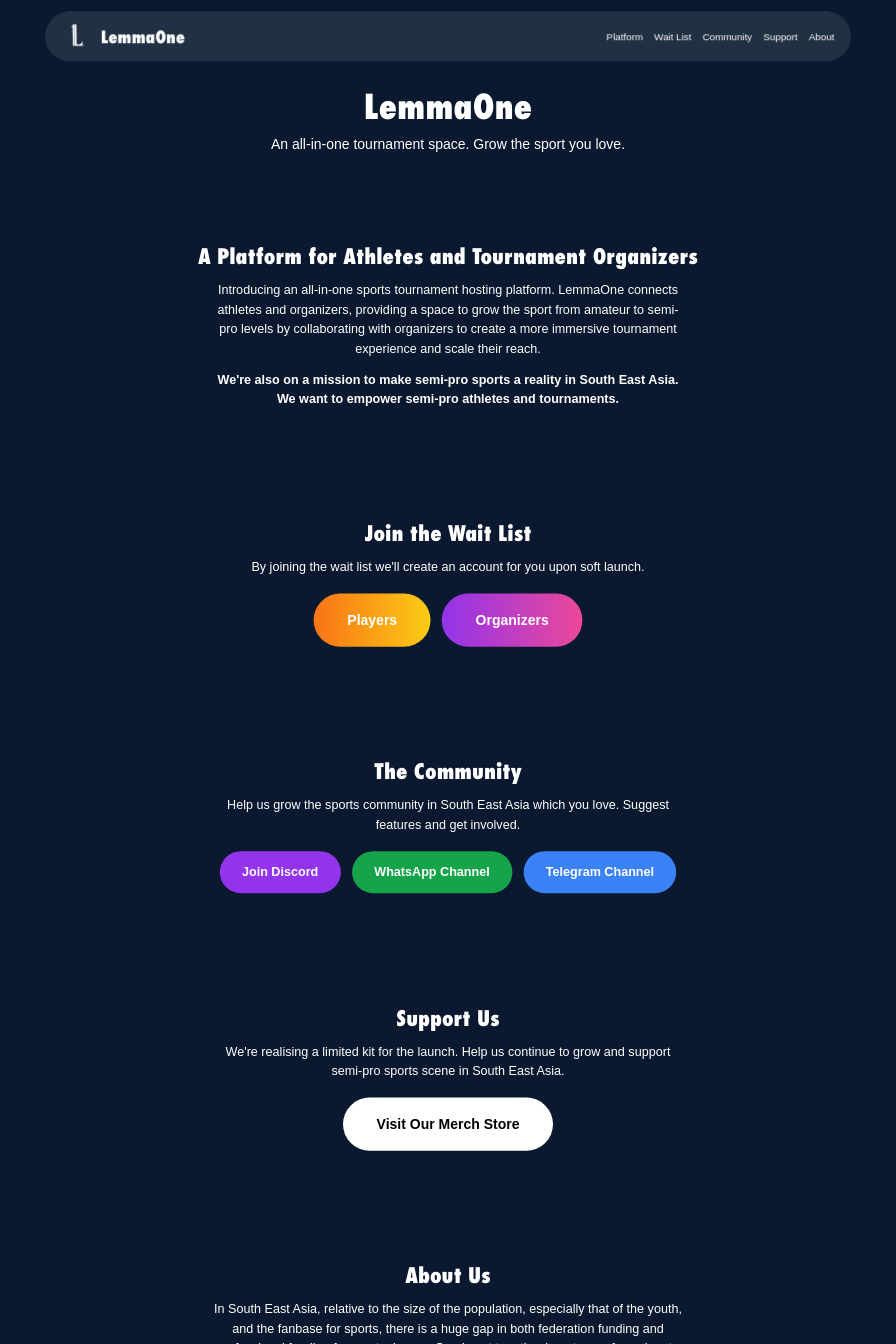
Repository: yao-creative/lemma-one-launch
Page: /
The author's editor kept a copy of each file at every save. The page is drawn from the files as they stood at one save, then again after a run of saves.
The browser window is 1280 px wide. The pictures show the part of the page from y = 0 to 1920 px (the page is 3036 px tall), at 70% of full size.
Some web fonts or font styles are not loaded; a fallback is used. The project was rebuilt for these pictures with package versions that can differ from the ones it lists, and the page was loaded fresh each time. The framework's server and built-in components were replaced by stand-ins that run in the browser. Also part of the build but not shown: next.config.js, next.config.mjs, app/components/WaitListForm.tsx.

Above is the page before, as saved 2024-09-29 11:17:31.

### app/layout.tsx
import type { Metadata } from "next";
import localFont from "next/font/local";
import "./globals.css";

const geistSans = localFont({
  src: "./fonts/GeistVF.woff2",
  variable: "--font-geist-sans",
});

const geistMono = localFont({
  src: "./fonts/GeistMonoVF.woff2",
  variable: "--font-geist-mono",
});

const nikeFont = localFont({
  src: "./fonts/Futura-Condensed-Extra-Bold.otf",
  variable: "--font-nike",
});

export const metadata: Metadata = {
  title: "LemmaOne",
  description: "A space for semi-pro athletes. Growing the sport we love.",
};

export default function RootLayout({
  children,
}: Readonly<{
  children: React.ReactNode;
}>) {
  return (
    <html lang="en">
      <body className={`${geistSans.variable} ${geistMono.variable} ${nikeFont.variable} font-sans`}>
        {children}
      </body>
    </html>
  );
}

### app/page.tsx
'use client';

import { useRef, useState } from 'react';
import Image from 'next/image';
import { signUpWithGoogle, signUpWithFacebook, signUpWithPhone } from './lib/auth';
import { ApplicationVerifier } from 'firebase/auth';
import WaitListForm from './components/WaitListForm';
import FAQSection from './components/FAQSection';
import AboutSection from './components/AboutSection';

export default function Home() {
  const [menuOpen, setMenuOpen] = useState(false);
  const platformRef = useRef<HTMLElement>(null);
  const waitListRef = useRef<HTMLElement>(null);
  const communityRef = useRef<HTMLElement>(null);
  const supportRef = useRef<HTMLElement>(null);
  const aboutRef = useRef<HTMLElement>(null);
  const faqRef = useRef<HTMLElement>(null);

  const scrollToSection = (ref: React.RefObject<HTMLElement>) => {
    ref.current?.scrollIntoView({ behavior: 'smooth' });
    setMenuOpen(false);
  };

  const [openFAQ, setOpenFAQ] = useState<number | null>(null);

  const toggleFAQ = (index: number) => {
    setOpenFAQ(openFAQ === index ? null : index);
  };

  const faqs = [
    {
      question: "Why LemmaOne?",
      answer: "A Lemma is a term in mathematics for an intermediate result or tool to prove a theorem. We are creating LemmaOne to prove that semi-pro sports is possible in South East Asia."
    },
    {
      question: "When are we planning to launch?",
      answer: "We plan on launching end of October or sometime in November with initial features and then add more features as we grow."
    },
    {
      question: "How can I join the wait list?",
      answer: "You can join the wait list by clicking on either the 'Players' or 'Organizers' button in the 'Join the Wait List' section and filling the form. We'll create an account for you upon soft launch."
    },
    {
      question: "What sports do you intend to add?",
      answer: "Currently Badminton, Volleyball, Basketball, Football, and Futsal, but we're open to suggestions"
    },
    {
      question: "What Features do we intend to add?",
      answer: "We're currently building a platform for sports hosting, but would like to grow into an interactive community to help build local tournaments to create a more immersive tournament experience, broaden their reach, and find new monetization methods. This way we can help grow a sustainable semi-pro sports community in South East Asia. "
    },
    {
      question: "Feature Suggestions?",
      answer: "We're always looking for new ideas an feature improvements. Join the Discord to build a community with us."
    },
    {
      question: "Have something to contribute?",
      answer: (
        <div className="flex flex-col items-center">
          <p>We're always looking for passionate web developers, designers, people with ideas, and passionate athletes to grow the community. You can contact us through our email or team member linkedin pages.</p>
          <a href="mailto:yytanwork@gmail.com" className="mt-2">
            <Image src="/icons/email.svg" alt="Email" width={24} height={24} />
          </a>
        </div>
      ),
    }

  ];

  const [showPlayerForm, setShowPlayerForm] = useState(false);
  const [showOrganizerForm, setShowOrganizerForm] = useState(false);
  const [formData, setFormData] = useState({
    name: '',
    sports: [] as string[],
    otherSports: [] as string[], // Changed from otherSport to otherSports
    interestLevel: '',
    features: '',
    interestedFeatures: [] as string[],
  });

  const handleInputChange = (e: React.ChangeEvent<HTMLInputElement | HTMLSelectElement | HTMLTextAreaElement>) => {
    const { name, value, type } = e.target;

    if (type === 'select-multiple') {
      const select = e.target as HTMLSelectElement;
      const selectedOptions = Array.from(select.selectedOptions).map(option => option.value);
      setFormData(prevData => ({
        ...prevData,
        [name]: selectedOptions,
      }));
    } else {
      setFormData(prevData => ({
        ...prevData,
        [name]: value,
      }));
    }
  };


  const toggleForm = (formType: 'player' | 'organizer') => {
    if (formType === 'player') {
      setShowPlayerForm(true);
      setShowOrganizerForm(false);
    } else {
      setShowPlayerForm(false);
      setShowOrganizerForm(true);
    }
    // Don't reset form data when switching between forms
  };

  const handleSubmit = (e: React.FormEvent<HTMLFormElement>) => {
    e.preventDefault();
    // Here you would handle the form submission, including OAuth authentication
    console.log('Form submitted:', formData);
    // Reset form and hide it after submission
    setFormData({ name: '', sports: [], otherSports: [], interestLevel: '', features: '', interestedFeatures: [] });
    setShowPlayerForm(false);
    setShowOrganizerForm(false);
  };

  const handleSignUp = async (method: 'google' | 'facebook' | 'phone') => {
    try {
      let user;
      switch (method) {
        case 'google':
          user = await signUpWithGoogle(formData);
          break;
        case 'facebook':
          user = await signUpWithFacebook(formData);
          break;
        case 'phone':
          // You'll need to implement a way to get the phone number and set up the ApplicationVerifier
          const phoneNumber = '+1234567890'; // Replace with actual phone number input
          const appVerifier = {} as ApplicationVerifier; // Replace with actual ApplicationVerifier
          user = await signUpWithPhone(phoneNumber, appVerifier, formData);
          break;
      }
      console.log('User signed up:', user);
      // Handle successful sign-up (e.g., show a success message, redirect, etc.)
    } catch (error) {
      console.error('Error signing up:', error);
      // Handle sign-up error (e.g., show an error message)
    }
  };

  return (
    <div className="min-h-screen bg-darkBlue text-white relative overflow-hidden">
      {/* Background layer with glass morphism effect */}
      <div className="absolute inset-0 overflow-hidden">
        <div className="glassmorphism-bg"></div>
      </div>

      <nav className="fixed top-0 left-0 right-0 z-50">
        <div className="mx-auto max-w-6xl mt-4 px-6 py-3 bg-white/10 backdrop-blur-md rounded-full flex justify-between items-center">
          <div className="flex items-center space-x-2">
            <Image src="/logo192.png" alt="LemmaOne Logo" width={48} height={40} />
            <h1 className="text-2xl font-bold font-nike">LemmaOne</h1>
          </div>
          <div className="hidden md:flex space-x-4 items-center">
            <button onClick={() => scrollToSection(platformRef)} className="text-sm hover:text-gray-300">Platform</button>
            <button onClick={() => scrollToSection(waitListRef)} className="text-sm hover:text-gray-300">Wait List</button>
            <button onClick={() => scrollToSection(communityRef)} className="text-sm hover:text-gray-300">Community</button>
            <button onClick={() => scrollToSection(supportRef)} className="text-sm hover:text-gray-300">Support</button>
            <button onClick={() => scrollToSection(aboutRef)} className="text-sm hover:text-gray-300">About</button>
          </div>
          <button onClick={() => setMenuOpen(!menuOpen)} className="md:hidden">
            <svg className="w-6 h-6" fill="none" stroke="currentColor" viewBox="0 0 24 24" xmlns="http://www.w3.org/2000/svg">
              <path strokeLinecap="round" strokeLinejoin="round" strokeWidth={2} d="M4 6h16M4 12h16M4 18h16" />
            </svg>
          </button>
        </div>
        {menuOpen && (
          <div className="md:hidden absolute top-full left-0 right-0 bg-black/90 backdrop-blur-md py-4">
            <button onClick={() => scrollToSection(platformRef)} className="block w-full text-left px-6 py-2 hover:bg-white/10">Platform</button>
            <button onClick={() => scrollToSection(waitListRef)} className="block w-full text-left px-6 py-2 hover:bg-white/10">Join Wait List</button>
            <button onClick={() => scrollToSection(communityRef)} className="block w-full text-left px-6 py-2 hover:bg-white/10">Community</button>
            <button onClick={() => scrollToSection(supportRef)} className="block w-full text-left px-6 py-2 hover:bg-white/10">Support</button>
            <button onClick={() => scrollToSection(aboutRef)} className="block w-full text-left px-6 py-2 hover:bg-white/10">About</button>
          </div>
        )}
      </nav>

      <main className="relative z-10 flex min-h-screen flex-col items-center justify-between p-4 md:p-24 space-y-16 md:space-y-24 pt-24 md:pt-32">
        <section className="text-center flex flex-col items-center title-section">
          <h2 className="text-4xl md:text-5xl font-bold font-nike mb-4">LemmaOne</h2>
          <p className="text-lg md:text-xl max-w-2xl">An all-in-one tournament space. Grow the sport you love.</p>
        </section>

        <section ref={platformRef} className="text-center flex flex-col items-center justify-center w-full max-w-4xl section-glass rounded-3xl p-8 my-16">
          <h3 className="text-2xl md:text-3xl font-semibold font-nike mb-4">A Platform for Athletes and Tournament Organizers</h3>
          <p className="text-base md:text-lg max-w-2xl mb-4">
            Introducing an all-in-one sports tournament hosting platform. LemmaOne connects athletes and organizers, providing a space to grow the sport from amateur to semi-pro levels by collaborating with organizers to create a more immersive tournament experience and scale their reach.
          </p>
          <p className="text-base md:text-lg max-w-2xl font-bold">
            We're also on a mission to make semi-pro sports a reality in South East Asia. We want to empower semi-pro athletes and tournaments.
          </p>
        </section>

        <section ref={waitListRef} className="text-center flex flex-col items-center justify-center w-full max-w-4xl section-glass rounded-3xl p-8 my-16">
          <h3 className="text-2xl md:text-3xl font-semibold font-nike mb-4">Join the Wait List</h3>
          <p className="text-base md:text-lg mb-6 max-w-2xl">
            By joining the wait list we'll create an account for you upon soft launch.
          </p>
          <div className="flex flex-col md:flex-row justify-center space-y-4 md:space-y-0 md:space-x-4">
            <button
              onClick={() => toggleForm('player')}
              className={`px-12 py-6 rounded-full text-xl font-semibold text-white transition-all duration-300 animate-pulse-subtle ${
                showPlayerForm ? 'bg-gradient-to-r from-orange-600 to-yellow-500' : 'bg-gradient-to-r from-orange-500 to-yellow-400 hover:from-orange-600 hover:to-yellow-500'
              }`}
            >
              Players
            </button>
            <button
              onClick={() => toggleForm('organizer')}
              className={`px-12 py-6 rounded-full text-xl font-semibold text-white transition-all duration-300 animate-pulse-subtle ${
                showOrganizerForm ? 'bg-gradient-to-r from-purple-700 to-pink-600' : 'bg-gradient-to-r from-purple-600 to-pink-500 hover:from-purple-700 hover:to-pink-600'
              }`}
            >
              Organizers
            </button>
          </div>

          {(showPlayerForm || showOrganizerForm) && (
            <WaitListForm
              formData={formData}
              setFormData={setFormData}
              handleInputChange={handleInputChange}
              handleSubmit={handleSubmit}
              handleSignUp={handleSignUp}
              showPlayerForm={showPlayerForm}
            />
          )}
        </section>

        <section ref={communityRef} className="text-center flex flex-col items-center justify-center w-full max-w-4xl section-glass rounded-3xl p-8 my-16">
          <h3 className="text-2xl md:text-3xl font-semibold font-nike mb-4">The Community</h3>
          <p className="text-base md:text-lg mb-6 max-w-2xl">
            Help us grow the sports community in South East Asia which you love. Suggest features and get involved.
          </p>
          <div className="flex flex-wrap justify-center gap-4">
            <a href="https://discord.gg/QztR7ZPM" className="inline-block px-8 py-4 rounded-full text-lg bg-purple-600 text-white font-semibold hover:bg-purple-700 transition-colors duration-300 neon-button-purple">
              Join Discord
            </a>
            <a href="#" className="inline-block px-8 py-4 rounded-full text-lg bg-green-600 text-white font-semibold hover:bg-green-700 transition-colors duration-300 neon-button-green">
              WhatsApp Channel
            </a>
            <a href="#" className="inline-block px-8 py-4 rounded-full text-lg bg-blue-500 text-white font-semibold hover:bg-blue-600 transition-colors duration-300 neon-button-blue">
              Telegram Channel
            </a>
          </div>
        </section>

        <section ref={supportRef} className="text-center flex flex-col items-center justify-center w-full max-w-4xl section-glass rounded-3xl p-8 my-16">
          <h3 className="text-2xl md:text-3xl font-semibold font-nike mb-4">Support Us</h3>
          <p className="text-base md:text-lg mb-6 max-w-2xl">
            We're realising a limited kit for the launch. Help us continue to grow and support semi-pro sports scene in South East Asia.
          </p>
          <a href="#" className="inline-block px-12 py-6 rounded-full text-xl bg-white text-black font-semibold hover:bg-gray-200 transition-colors duration-300">
            Visit Our Merch Store
          </a>
        </section>

        <AboutSection />
        <FAQSection faqs={faqs} />
      </main>
    </div>
  );
}

### app/globals.css
@tailwind base;
@tailwind components;
@tailwind utilities;

:root {
  --background: #000000;
  --foreground: #ffffff;
}

@media (prefers-color-scheme: dark) {
  :root {
    --background: #0a0a0a;
    --foreground: #ededed;
  }
}

body {
  color: var(--foreground);
  background: var(--background);
}

/* Keep the rest of your custom CSS as is */

### app/lib/auth.ts
import { auth, db } from './firebase';
import { signInWithPopup, GoogleAuthProvider, FacebookAuthProvider, PhoneAuthProvider, signInWithPhoneNumber, ApplicationVerifier } from 'firebase/auth';
import { doc, setDoc } from 'firebase/firestore';

export async function signUpWithGoogle(formData: any) {
  const provider = new GoogleAuthProvider();
  try {
    const result = await signInWithPopup(auth, provider);
    await setDoc(doc(db, 'users', result.user.uid), {
      ...formData,
      email: result.user.email,
      authProvider: 'google',
    });
    return result.user;
  } catch (error) {
    console.error('Error signing up with Google:', error);
    throw error;
  }
}

export async function signUpWithFacebook(formData: any) {
  const provider = new FacebookAuthProvider();
  try {
    const result = await signInWithPopup(auth, provider);
    await setDoc(doc(db, 'users', result.user.uid), {
      ...formData,
      email: result.user.email,
      authProvider: 'facebook',
    });
    return result.user;
  } catch (error) {
    console.error('Error signing up with Facebook:', error);
    throw error;
  }
}

export async function signUpWithPhone(phoneNumber: string, appVerifier: ApplicationVerifier, formData: any) {
  try {
    const confirmationResult = await signInWithPhoneNumber(auth, phoneNumber, appVerifier);
    // You'll need to implement a way to get the verification code from the user
    // For this example, we'll assume you have a way to get the code
    const verificationCode = await getVerificationCodeFromUser();
    const result = await confirmationResult.confirm(verificationCode);
    await setDoc(doc(db, 'users', result.user.uid), {
      ...formData,
      phoneNumber: result.user.phoneNumber,
      authProvider: 'phone',
    });
    return result.user;
  } catch (error) {
    console.error('Error signing up with phone:', error);
    throw error;
  }
}

// This function is a placeholder. You'll need to implement this based on your UI.
async function getVerificationCodeFromUser(): Promise<string> {
  // Implement your logic to get the verification code from the user
  return '123456'; // This is just a placeholder
}

### app/components/FAQSection.tsx
import React, { useState } from 'react';

interface FAQ {
  question: string;
  answer: string | JSX.Element;
}

interface FAQSectionProps {
  faqs: FAQ[];
}

const FAQSection: React.FC<FAQSectionProps> = ({ faqs }) => {
  const [openFAQ, setOpenFAQ] = useState<number | null>(null);

  const toggleFAQ = (index: number) => {
    setOpenFAQ(openFAQ === index ? null : index);
  };

  return (
    <section className="text-center flex flex-col items-center justify-center w-full max-w-4xl section-glass rounded-3xl p-8 my-16">
      <h3 className="text-2xl md:text-3xl font-semibold font-nike mb-8">Frequently Asked Questions</h3>
      <div className="w-full max-w-2xl">
        {faqs.map((faq, index) => (
          <div key={index} className="mb-4">
            <button
              className="flex justify-between items-center w-full text-left px-4 py-2 bg-gray-800 hover:bg-gray-700 transition-colors duration-300 rounded-lg"
              onClick={() => toggleFAQ(index)}
            >
              <span className="text-lg font-semibold">{faq.question}</span>
              <span className="text-2xl">{openFAQ === index ? '−' : '+'}</span>
            </button>
            {openFAQ === index && (
              <div className="mt-2 px-4 py-2 bg-gray-900 rounded-lg">
                <p className="text-base">{faq.answer}</p>
              </div>
            )}
          </div>
        ))}
      </div>
    </section>
  );
};

export default FAQSection;

### app/components/AboutSection.tsx
import React from 'react';
import Image from 'next/image';

const AboutSection: React.FC = () => {
  return (
    <section className="text-center flex flex-col items-center justify-center w-full max-w-4xl section-glass rounded-3xl p-8 my-16">
      <h3 className="text-2xl md:text-3xl font-semibold font-nike mb-4">About Us</h3>
      <p className="text-base md:text-lg max-w-2xl mb-8">
        In South East Asia, relative to the size of the population, especially that of the youth, and the fanbase for sports, there is a huge gap in both federation funding and professional funding for sports. LemmaOne is put together by a team of passionate athletes who want to build a community and a possibility for the next generation to realize their dreams in competitive sports.
      </p>
      <div className="flex flex-col items-center w-full">
        <h3 className="text-xl font-semibold mb-4 text-center">Yao</h3>
        <div className="flex flex-col md:flex-row items-center md:items-start gap-4">
          <div className="relative w-28 h-28 flex-shrink-0 mb-4 md:mb-0">
            <Image
              src="/about/profile.jpg"
              alt="Yao"
              layout="fill"
              objectFit="cover"
              className="rounded-full"
            />
          </div>
          <p className="text-sm opacity-70 text-center md:text-left md:pr-4 max-w-prose">
            Hi my name is Yao. I've been playing volleyball competitively since I was 14. I've competed in the largest national tournament when I was 17. After that, the notion of going pro for sports was almost non-existent in my country. I took a gamble and went abroad for a gap year. I ended up majoring in mathematics and computer science in university and, five years later, I'm back in this corner of the world to build things.
          </p>
        </div>
        <div className="flex flex-row items-center justify-center mt-4">
          <a href="https://www.linkedin.com/in/yi-yao-tan-9719301a3/" className="flex items-center mx-2">
            <Image src="/icons/linkedin.svg" alt="LinkedIn" width={24} height={24} className="hover:opacity-80" />
          </a>
          <a href="mailto:yytanwork@gmail.com" className="flex items-center mx-2">
            <Image src="/icons/email.svg" alt="Email" width={24} height={24} className="hover:opacity-80" />
          </a>
        </div>
      </div>
    </section>
  );
};

export default AboutSection;

### app/lib/firebase.ts
import { initializeApp, getApps } from 'firebase/app';
import { getAuth } from 'firebase/auth';
import { getFirestore } from 'firebase/firestore';

const firebaseConfig = {
  apiKey: process.env.NEXT_PUBLIC_FIREBASE_API_KEY,
  authDomain: process.env.NEXT_PUBLIC_FIREBASE_AUTH_DOMAIN,
  projectId: process.env.NEXT_PUBLIC_FIREBASE_PROJECT_ID,
  storageBucket: process.env.NEXT_PUBLIC_FIREBASE_STORAGE_BUCKET,
  messagingSenderId: process.env.NEXT_PUBLIC_FIREBASE_MESSAGING_SENDER_ID,
  appId: process.env.NEXT_PUBLIC_FIREBASE_APP_ID,
  measurementId: process.env.NEXT_PUBLIC_FIREBASE_MEASUREMENT_ID,
};

// Initialize Firebase
let firebase_app = getApps().length === 0 ? initializeApp(firebaseConfig) : getApps()[0];

// Initialize Firebase services
const auth = getAuth(firebase_app);
const db = getFirestore(firebase_app);

export { firebase_app, auth, db };

Loaded but not shown: tailwind.config.js (21 lines, source omitted)

After the next 11 saves:
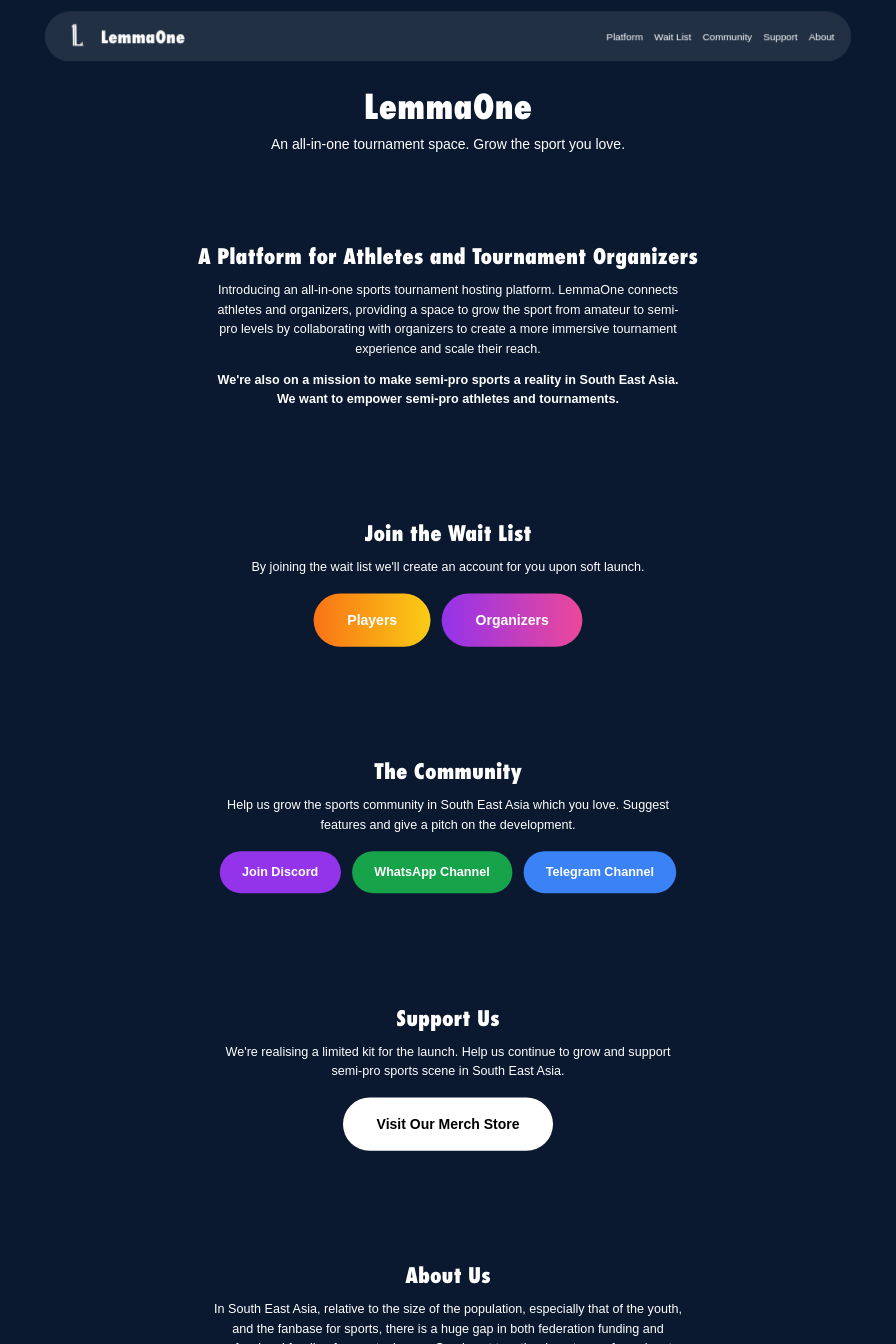
The 11 saves are shown as one change because they came seconds apart.
The last was saved 18 min 39 s later.
--- a/app/page.tsx
+++ b/app/page.tsx
@@ -235,7 +235,7 @@
         <section ref={communityRef} className="text-center flex flex-col items-center justify-center w-full max-w-4xl section-glass rounded-3xl p-8 my-16">
           <h3 className="text-2xl md:text-3xl font-semibold font-nike mb-4">The Community</h3>
           <p className="text-base md:text-lg mb-6 max-w-2xl">
-            Help us grow the sports community in South East Asia which you love. Suggest features and get involved.
+            Help us grow the sports community in South East Asia which you love. Suggest features and give a pitch on the development.
           </p>
           <div className="flex flex-wrap justify-center gap-4">
             <a href="https://discord.gg/QztR7ZPM" className="inline-block px-8 py-4 rounded-full text-lg bg-purple-600 text-white font-semibold hover:bg-purple-700 transition-colors duration-300 neon-button-purple">
